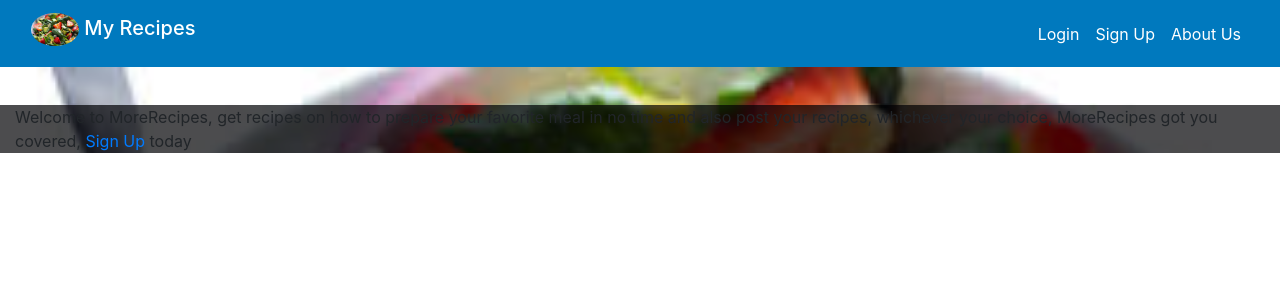
Repository: UggoPrince/more-recipes
Page: html/index.html
The author's editor kept a copy of each file at every save. The page is drawn from the files as they stood at one save, then again after the next save.
The browser window is 1280 px wide. The pictures show the whole page.

Above is the page before, as saved 2018-07-30 06:41:50.

### html/index.html
<html lang="en">
<head>
  <meta charset="UTF-8">
  <meta name="viewport" content="width=device-width, initial-scale=1.0">
  <meta http-equiv="X-UA-Compatible" content="ie=edge">
  <link rel="stylesheet" href="https://maxcdn.bootstrapcdn.com/bootstrap/4.0.0/css/bootstrap.min.css" integrity="sha384-Gn5384xqQ1aoWXA+058RXPxPg6fy4IWvTNh0E263XmFcJlSAwiGgFAW/dAiS6JXm" crossorigin="anonymous"/>
  <style>
    main {
      background-color: rgba(0, 0, 3, 0.7);
    }
    div#content {
      background-size: 100vw;
      background-repeat: no-repeat;
      background-image: url(../img/nav-image.jpg);
      background-size: 100vw;
      background-repeat: no-repeat;
      padding-top: 3%;
    }
    nav {
      background-color: #0079be;
      color: white;
    }
    .nav-link {
      color: white;
    }
  </style>
  <title>My Recipes Homepage</title>
</head>
<body>
  <nav class="xnav navbar navbar-expand-lg">
    <div class="container-fluid">
      <h3 style="color: white;" class="navbar-brand">
        <img class="rounded-circle" src="../img/nav-image.jpg" style="width: 48px;" alt="logo"/>
        My Recipes
      </h3>
      <button class="navbar-toggler" type="button" data-toggle="collapse" aria-controls="navDropdown" aria-expanded="false" aria-label="Toggle Navigation" data-target="#navDropdown" >
        <span class="navbar-toggler-icon"></span>
      </button>
      <div class="collapse navbar-collapse justify-content-end brand-anchor" id="navDropdown">
        <ul class="navbar-nav">
          <li class="nav-item">
            <a class="nav-link" href="login.html">Login</a>
          </li>
          <li class="nav-item">
            <a class="nav-link" href="signup.html">Sign Up</a>
          </li>
          <li class="nav-item">
            <a class="nav-link" href="about.html">About Us</a>
          </li>
        </ul>
      </div>
    </div>
  </nav>
  <div id="content">
  <main class="container-fluid">
    Welcome to MoreRecipes, get recipes on how to prepare your favorite meal in no time and also post your recipes, whichever your choice, MoreRecipes got you covered, <a href="signup.html">Sign Up</a> today
  </main>
  </div>
</body>
</html>

After the next save:
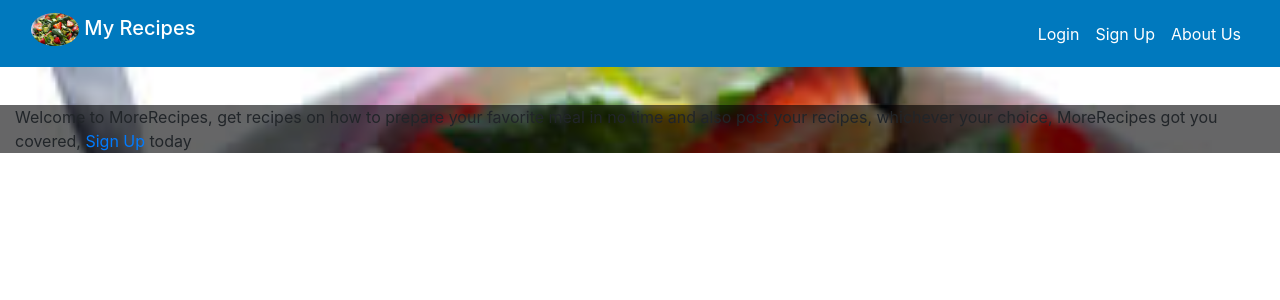
Saved 5 s later.
--- a/html/index.html
+++ b/html/index.html
@@ -6,7 +6,7 @@
   <link rel="stylesheet" href="https://maxcdn.bootstrapcdn.com/bootstrap/4.0.0/css/bootstrap.min.css" integrity="sha384-Gn5384xqQ1aoWXA+058RXPxPg6fy4IWvTNh0E263XmFcJlSAwiGgFAW/dAiS6JXm" crossorigin="anonymous"/>
   <style>
     main {
-      background-color: rgba(0, 0, 3, 0.7);
+      background-color: rgba(0, 0, 3, 0.6);
     }
     div#content {
       background-size: 100vw;
